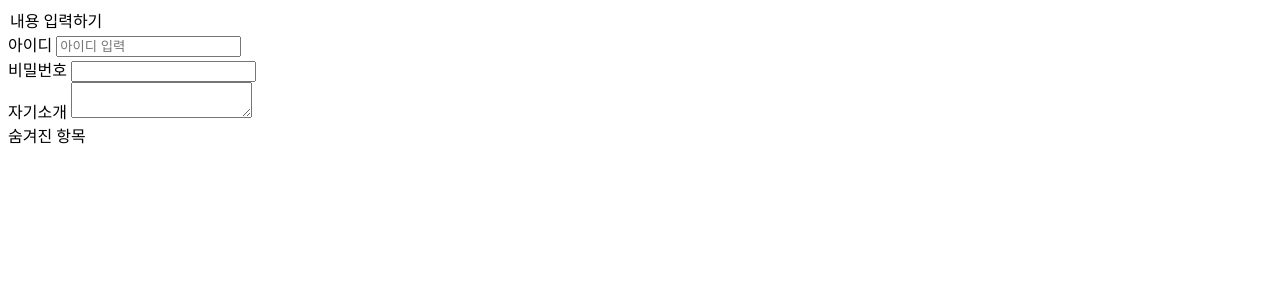
Repository: Gmajorlist/HTML
Page: html/src/main/webapp/exam01/exam04.html
The author's editor kept a copy of each file at every save. The page is drawn from the files as they stood at one save, then again after the next save.
The browser window is 1280 px wide. The pictures show the whole page.

Above is the page before, as saved 2023-03-09 01:52:37.

### html/src/main/webapp/exam01/exam04.html
<!DOCTYPE html>
<html>
<head>
<meta charset="UTF-8">
<title>Insert title here</title>
</head>
<body>
<from action="">
	<fildset>
		<legend>내용 입력하기</legend>
		<div>
			<label for="user_id">아이디</label> <!-- for=""와 id="" 같아야함  -->
			<input type="text" name="user_id" id="user_id" maxlength="5" placeholder="아이디 입력" />
		</div>

		<div>
			<label for="user_pw">비밀번호</label>
			<input type="password" name="user_pw" id="user_pw" maxlength="20" />
		</div>

		<div>
			<label for="memo">자기소개</label>
			<textarea name="memo" id="memo" maxlength="100"></textarea>
		</div>

		<div>
			<label for="data">숨겨진 항목</label>
			<input type="hidden" name="data" id="data" value="숨겨진 데이터" />
		</div>
	</fildset>
</from>
</body>
</html>
<!--
FORM이란?
  - 정보를 입력 또는 선택하고 버튼을 클릭하며 정보를 서버에 전달하고 응답받는 양방향의
    의사소통을 지원하는 입력양식이다.
  - form 의 내부에는 <input>, <select>, <textarea> 등의 태그들이 포함된다.
  - name 속성의 값과 유저가 입력한 값이 한 쌍이 되어 서버측에 전달된다.
 -->

After the next save:
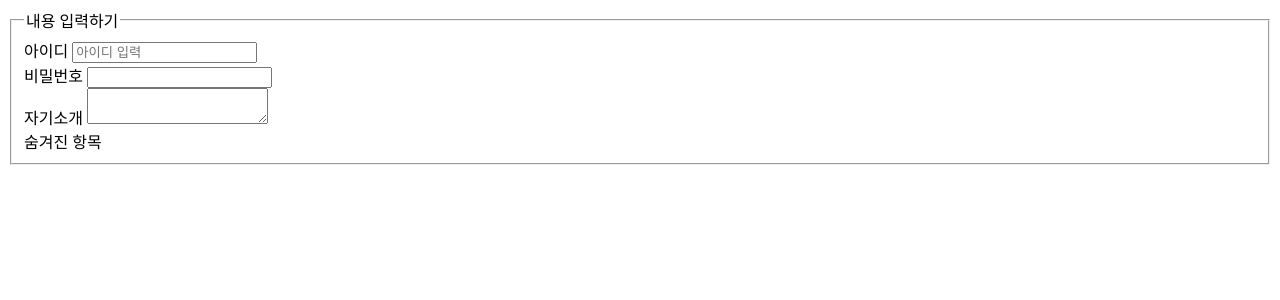
Saved 39 s later.
--- a/html/src/main/webapp/exam01/exam04.html
+++ b/html/src/main/webapp/exam01/exam04.html
@@ -6,28 +6,25 @@
 </head>
 <body>
 <from action="">
-	<fildset>
+	<fieldset>
 		<legend>내용 입력하기</legend>
 		<div>
 			<label for="user_id">아이디</label> <!-- for=""와 id="" 같아야함  -->
 			<input type="text" name="user_id" id="user_id" maxlength="5" placeholder="아이디 입력" />
 		</div>
-
 		<div>
 			<label for="user_pw">비밀번호</label>
 			<input type="password" name="user_pw" id="user_pw" maxlength="20" />
 		</div>
-
 		<div>
 			<label for="memo">자기소개</label>
 			<textarea name="memo" id="memo" maxlength="100"></textarea>
 		</div>
-
 		<div>
 			<label for="data">숨겨진 항목</label>
 			<input type="hidden" name="data" id="data" value="숨겨진 데이터" />
 		</div>
-	</fildset>
+	</fieldset>
 </from>
 </body>
 </html>
